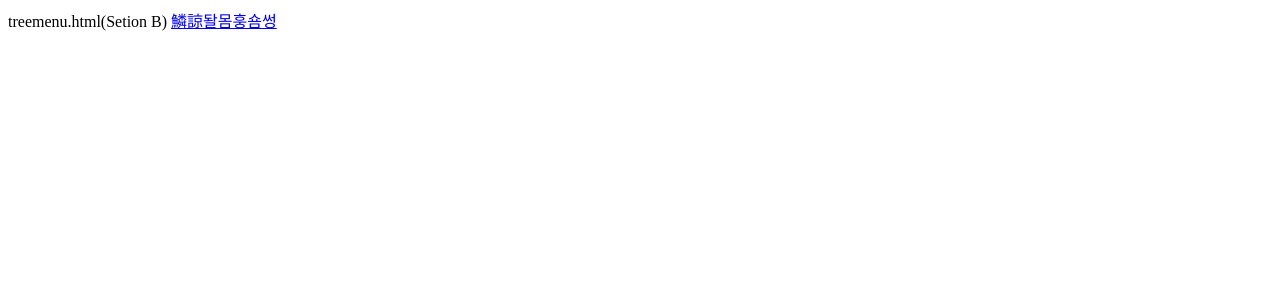
Repository: sheep9590/Test
Page: eclipse-workspace/Prj03/WebRoot/left.html
These files come from the project's save history. The page is drawn as it stood at one moment and after the next save; the edit follows.
The browser window is 1280 px wide. The pictures show the whole page.

Above is the page before, as saved 2021-09-08 16:49:16.

### eclipse-workspace/Prj03/WebRoot/left.html
<!DOCTYPE html>
<html>
<body>
   <span> treemenu.html(Setion B)</span>
   <a href="index.jsp" target="right">鱗諒돨몸훙숌썽</a><br>
</body>
</html>

After the next save:
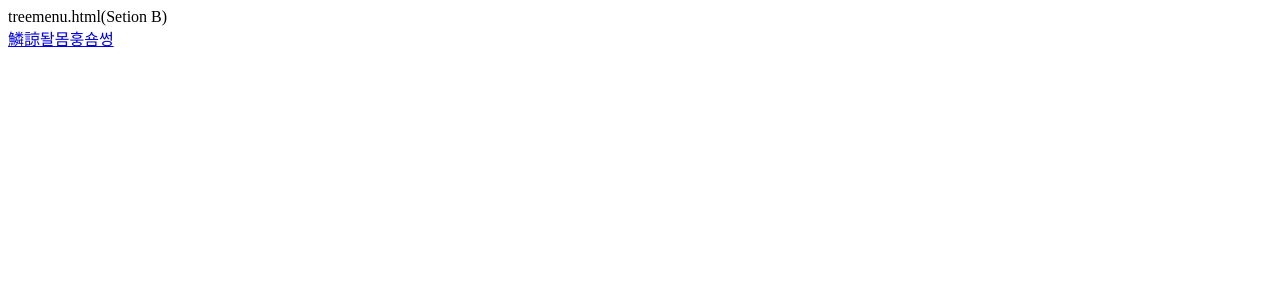
Saved 5 min 0 s later.
--- a/eclipse-workspace/Prj03/WebRoot/left.html
+++ b/eclipse-workspace/Prj03/WebRoot/left.html
@@ -1,7 +1,7 @@
 <!DOCTYPE html>
 <html>
 <body>
-   <span> treemenu.html(Setion B)</span>
+   <span> treemenu.html(Setion B)</span><br>
    <a href="index.jsp" target="right">鱗諒돨몸훙숌썽</a><br>
 </body>
 </html>
